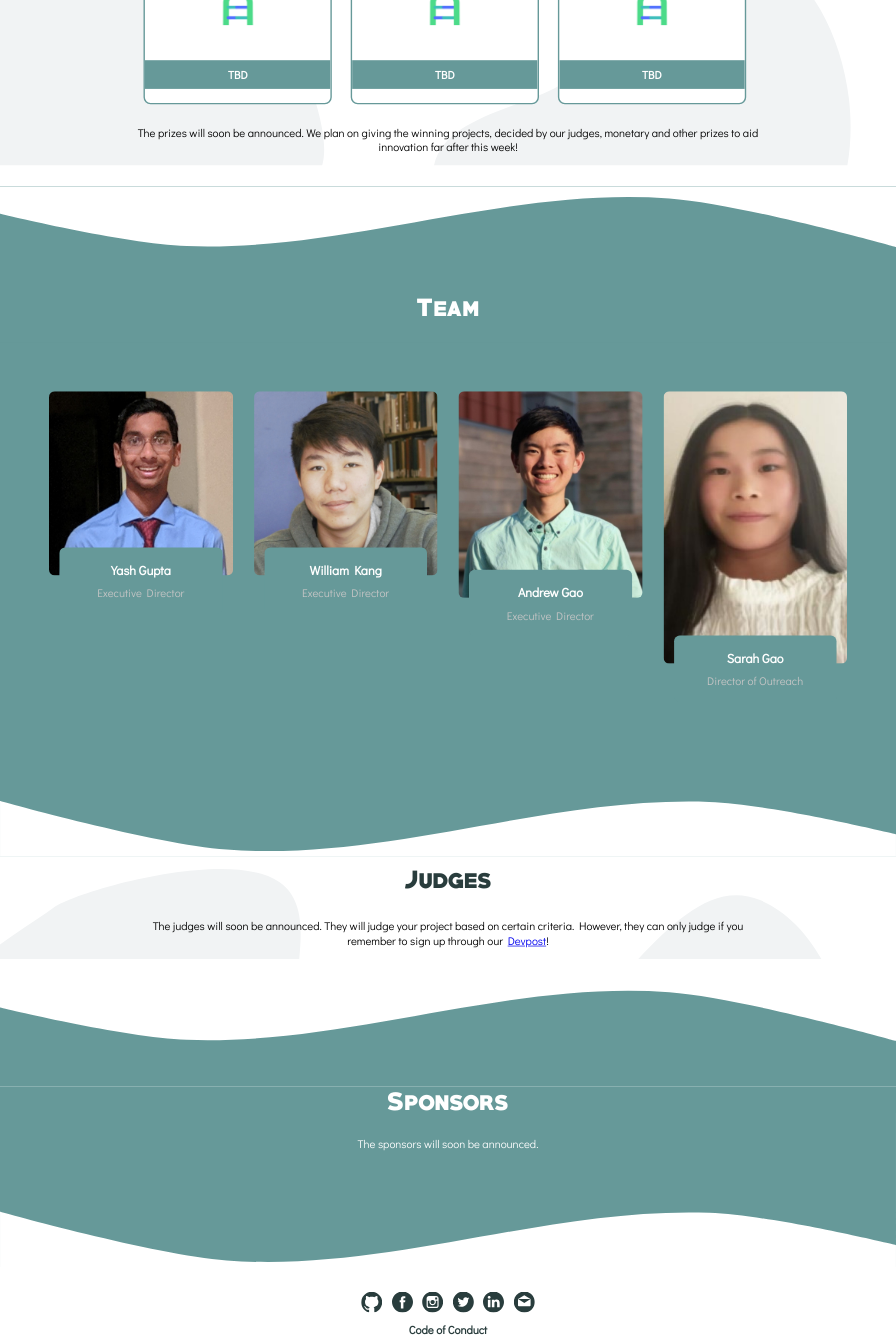
Repository: yashg4509/helyxhacksIII
Page: index.html
The author's editor kept a copy of each file at every save. The page is drawn from the files as they stood at one save, then again after the next save.
The browser window is 1280 px wide. The pictures show the part of the page from y = 4580 to 6500 px (the page is 6577 px tall before and 6546 px after), at 70% of full size.

Above is the page before, as saved 2021-02-18 00:16:45.

After the next save:
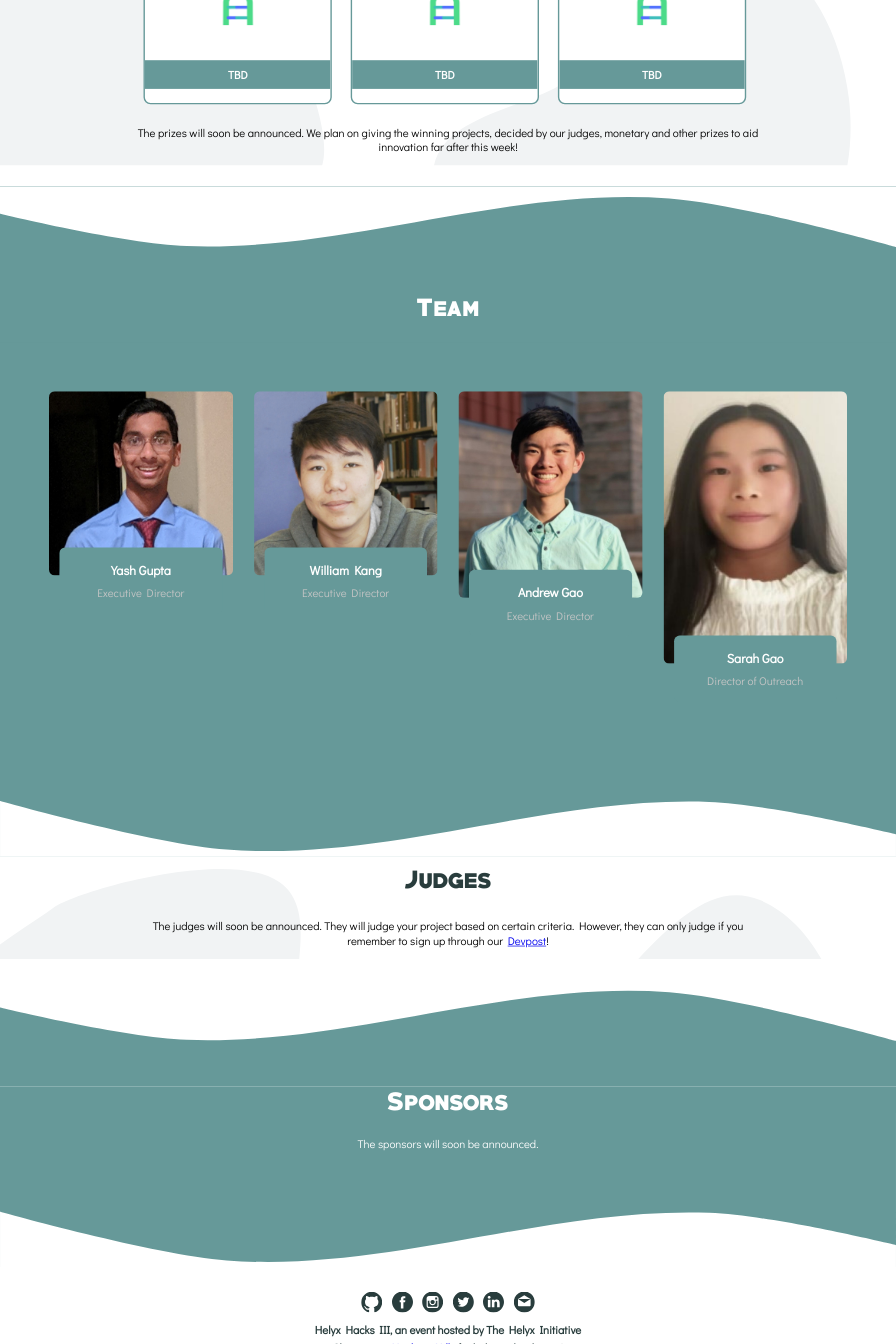
Saved 2 min 20 s later.
--- a/index.html
+++ b/index.html
@@ -775,12 +775,9 @@
 				<a href="mailto:hackonhills@gmail.com"><img src="./images/email-color.svg"></a>
 			</div>
 			<div class="footer-text">
-				<a href="https://hackcodeofconduct.org/847-hack_on_hills" target="__blank"> Code of Conduct </a>
-			</div>
-			<div class="footer-text">
-				&copy; 2019 Team Hack on Hills
-			</div>
-			Made with &nbsp;&nbsp;<span class="heart">❤️</span>
+				Helyx Hacks III, an event hosted by <a href="https://helyx.science">The Helyx Initiative</a>
+			</div>
+			Shoutout to <a href="https://hackonhills.com">Hack on Hills</a> for help on the design!
 		</div>
 	</div>
 	<script type="text/javascript" src="./js/menu.js"></script>
